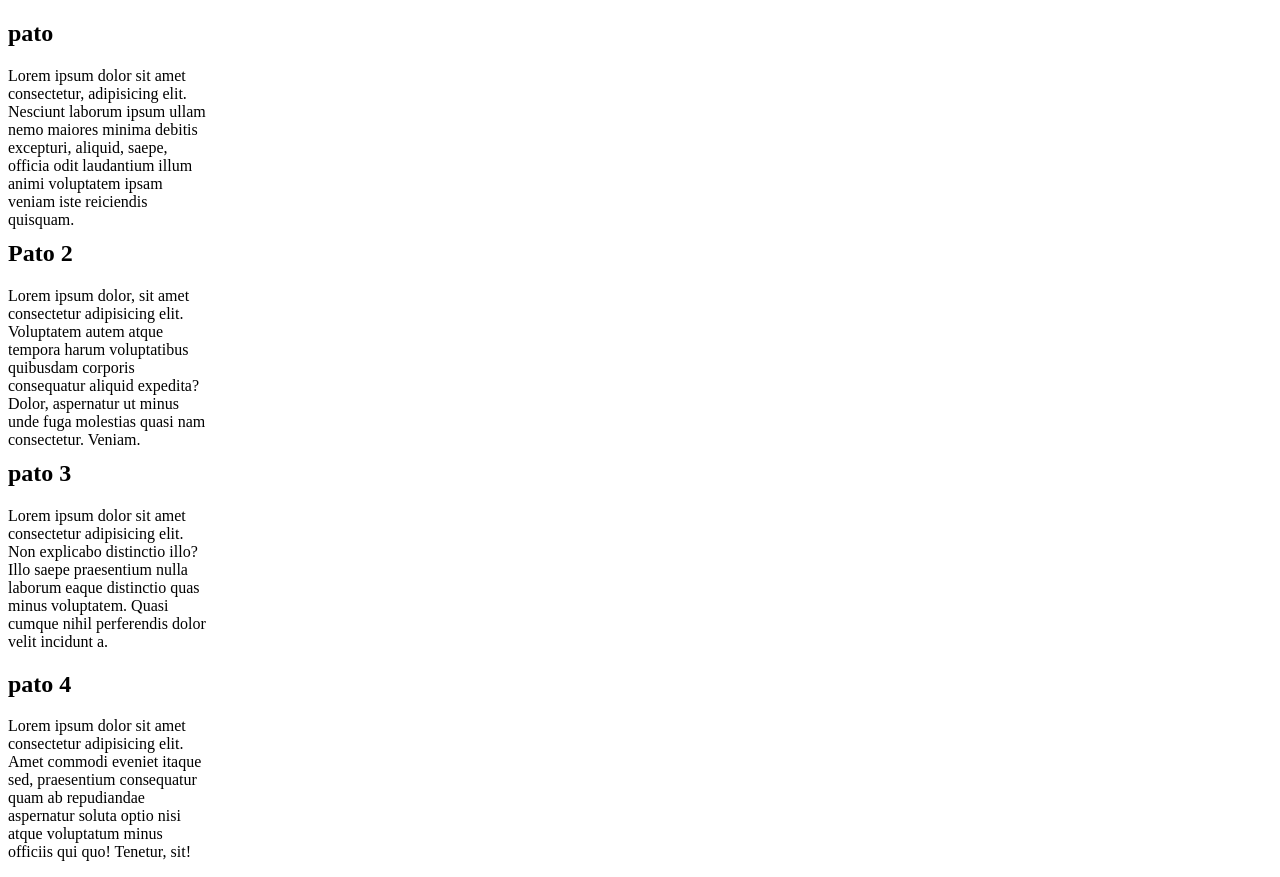
Repository: viviij/Fun-es-Simples-JavaScript
Page: index.html
These files come from the project's save history. The page is drawn as it stood at one moment and after the next save; the edit follows.
The browser window is 1280 px wide. The pictures show the whole page.

Above is the page before, as saved 2022-08-25 20:35:41.

### index.html
<!DOCTYPE html>
<html lang="ptBR">
  <head>
    <meta charset="UTF-8">
    <meta http-equiv="X-UA-Compatible" content="IE=edge">
    <meta name="viewport" content="width=device-width, initial-scale=1.0">
    <link rel="stylesheet" href="styles.css">
    <title>Prova C3C</title>
  </head>
  <body>
    <div class="container">
      <section class="questao_1">
        <h1>pato</h1>
        <p>Lorem ipsum dolor sit amet consectetur, adipisicing elit. Nesciunt laborum ipsum ullam nemo maiores minima debitis excepturi, aliquid, saepe, officia odit laudantium illum animi voluptatem ipsam veniam iste reiciendis quisquam.</p>
      </section>

      <section class="questao_2">
        <h1>Pato 2</h1>
        <p>Lorem ipsum dolor, sit amet consectetur adipisicing elit. Voluptatem autem atque tempora harum voluptatibus quibusdam corporis consequatur aliquid expedita? Dolor, aspernatur ut minus unde fuga molestias quasi nam consectetur. Veniam.</p>
      </section>

      <section class="questao_3">
        <h1>pato 3</h1>
        <p>Lorem ipsum dolor sit amet consectetur adipisicing elit. Non explicabo distinctio illo? Illo saepe praesentium nulla laborum eaque distinctio quas minus voluptatem. Quasi cumque nihil perferendis dolor velit incidunt a.</p>
      </section>

      <section class="questao_4">
        <h1>pato 4</h1>
        <p>Lorem ipsum dolor sit amet consectetur adipisicing elit. Amet commodi eveniet itaque sed, praesentium consequatur quam ab repudiandae aspernatur soluta optio nisi atque voluptatum minus officiis qui quo! Tenetur, sit!</p>
      </section>
    </div>
    <script src="Prova_Segunda_Etapa_C3C.js"></script>
  </body>
</html>

### styles.css
.container section {
  max-height: 200px;
  max-width: 200px;
}

Loaded but not shown: Prova_Segunda_Etapa_C3C.js (no stored copy; drawn as an empty file)

After the next save:
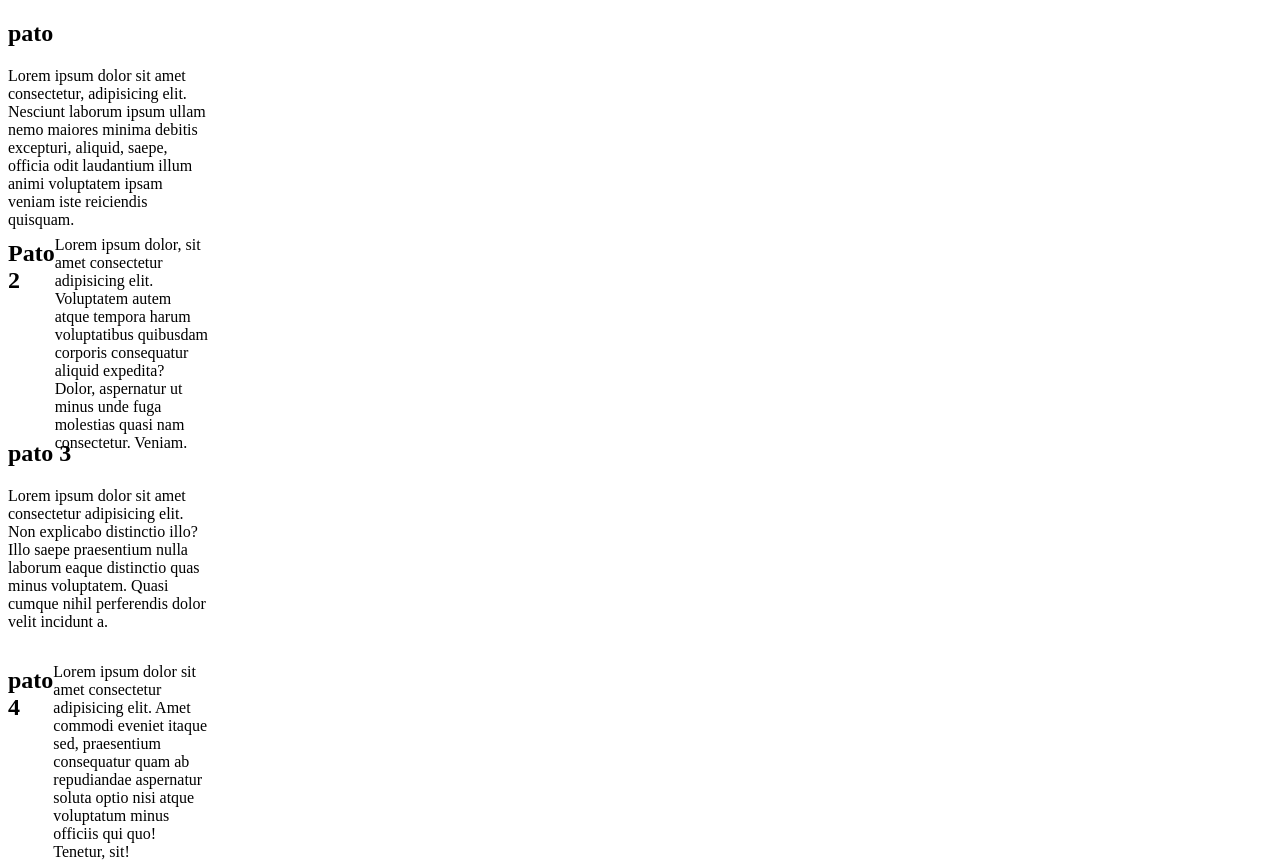
Saved 107 s later.
--- a/styles.css
+++ b/styles.css
@@ -1,4 +1,15 @@
+.container {
+  margin: 0;
+  padding: 0;
+  box-sizing: border-box;
+}
+
 .container section {
   max-height: 200px;
   max-width: 200px;
 }
+
+.container .questao_2,
+.questao_4 {
+  display: flex;
+}
